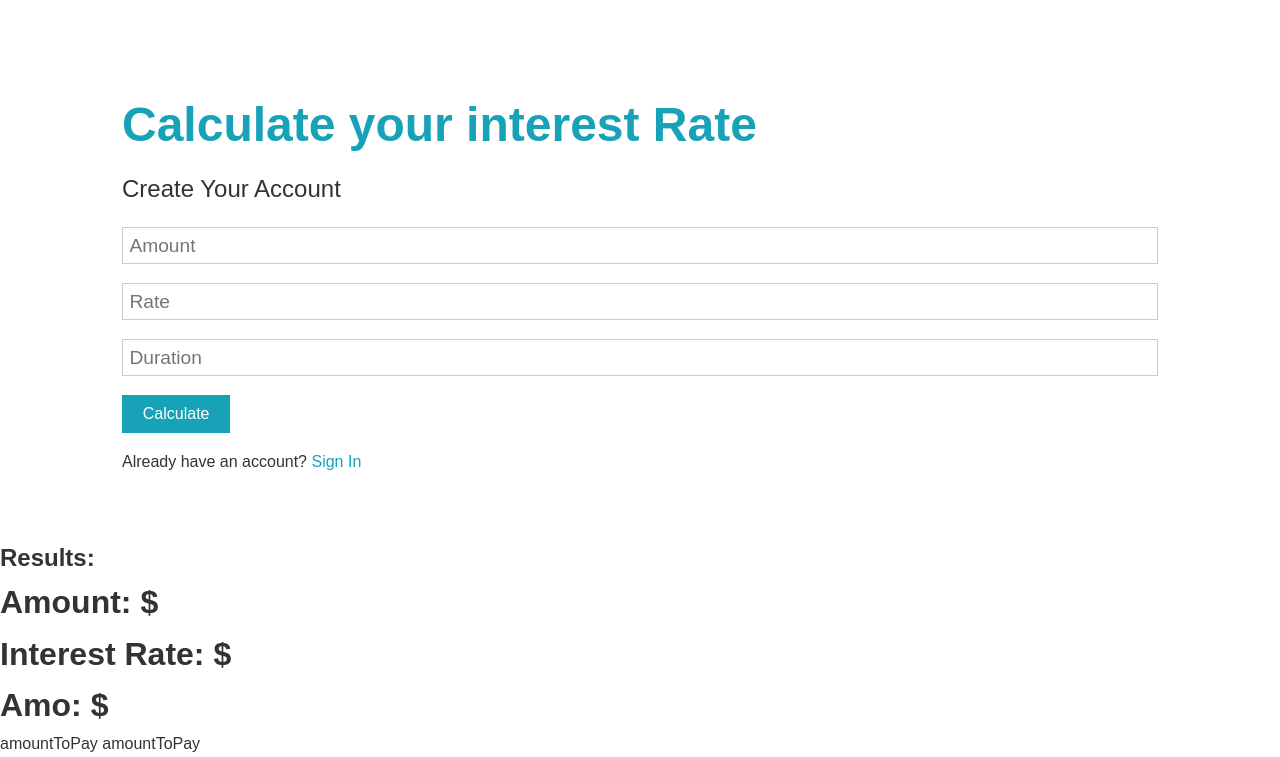
Repository: codding-ideas/loan-calculator
Page: / (app in client/)
An editor plug-in stored every save of this project. The page is shown before and after the next save, followed by the edit.
The browser window is 1280 px wide. The pictures show the whole page.
The project was rebuilt for these pictures with package versions that can differ from the ones it lists, and the page was loaded fresh each time.

Above is the page before, as saved 2019-07-08 21:45:19.

### client/src/index.js
import React from 'react';
import ReactDOM from 'react-dom';
import { Provider } from 'react-redux';
import { createStore, applyMiddleware } from 'redux';
import reduxThunk from 'redux-thunk';
import { composeWithDevTools} from 'redux-devtools-extension';
import rootReducer from './redux/reducers'
import App from './App';


// const store = createStore(users, composeWithDevTools(applyMiddleware(reduxThunk)) )
const store = createStore(rootReducer, composeWithDevTools(applyMiddleware(reduxThunk)))

ReactDOM.render(
<Provider store = {store}>

  <App />

  </Provider>,
document.getElementById('root'));

### client/src/redux/reducers/index.js
import { combineReducers } from 'redux';
import loanReducer from './loanReducer'


export default combineReducers({
  loan: loanReducer
})

### client/src/App.js
import React, { useState} from 'react';
import Results from '../src/componets/Results';
import CalculateInterestForm from '../src/componets/Forms//CalculateInterestForm'
import './App.css';

function App() {


  return (
    <div>

      <CalculateInterestForm/>

      < Results />
    </div>
  )
}

export default App;

### client/src/redux/reducers/loanReducer.js


const initialState = {
//  amount: [],
//  rate: '',
//  convertedRate: '',
//  duration: '',
//  interestRate: '',
//  amountToPay: ''

 amount:'',
 rate: '',
 duration: '',
 interestRate: '',
 amountToPay: ''

}

export default (state = initialState, action) => {
  switch(action.type){
    case 'CREATE_INTEREST':
     return {
      ...state,
       amount: action.payload.amount,
       rate: parseFloat( action.payload.rate/100).toFixed(3),
       duration: action.payload.duration,
       interestRate: parseFloat((action.payload.amount) * (action.payload.rate/100) * (action.payload.duration)).toFixed(3),


       amountToPay: parseFloat(action.payload.amount + ((action.payload.amount) * (action.payload.rate/100) * (action.payload.duration))).toFixed(3)

     }
     default:
      return state
  }
}

### client/src/componets/Results.js
import React from 'react';
import { connect } from 'react-redux';

const Results = (props) => {
    console.log(props.loan.amount)
    return (
        <div>
            <h2>Results:</h2>
            <h1>Amount: $ {props.loan.amount}</h1>
            <h1>Interest Rate: ${props.loan.interestRate}</h1>
            <h1>Amo: ${props.loan.interestRate}</h1>
            amountToPay
            amountToPay
        </div>
    )
}

const mapStateToProps = (state) => {
     return {
         loan: state.loan
     }
}

export default connect(mapStateToProps, null) (Results)

### client/src/componets/Forms/CalculateInterestForm.js
import React, { useState} from 'react';
import { connect } from 'react-redux';
import { createLoan} from '../../redux/actions/loanAction'

const CalculateInterestForm = (props) => {
  const initialState = {
    amount: "",
    rate: "",
    duration: ""

  };

     const [formData, setFormData ] = useState(initialState)

   //Create on change methods
   //This method update the state values
   const onChange = (e) => {
     setFormData({...formData, [e.target.name]: e.target.value})
   }

  //Onsubmit
  const onFormSubmit = e => {
    e.preventDefault();
    props.createLoan(formData);
  };


  return (
    <div className="App">
        <section className="container">
      <h3 className="large text-primary">Calculate your interest Rate</h3>
      <p className="lead"><i className="fas fa-money"></i> Create Your Account</p>
      <form className="form" onSubmit = {onFormSubmit}>
        <div className="form-group">
          <input type="text" placeholder="Amount" name="amount"   onChange = {onChange}/>
        </div>
        <div className="form-group">
          <input type="text" placeholder="Rate" name="rate" onChange = {e => onChange(e)} />

        </div>
        <div className="form-group">
          <input
            type="text"
            placeholder="Duration"
            name="duration"
            onChange = {onChange}
          />
        </div>

        <input type="submit" className="btn btn-primary" value="Calculate" />
      </form>
      <p className="my-1">
        Already have an account? <a href="login.html">Sign In</a>
      </p>
    </section>
    </div>
  );
}

export default connect(null, {createLoan}) (CalculateInterestForm)

### client/src/App.css
/* Global Styles */
:root {
  --primary-color: #17a2b8;
  --dark-color: #343a40;
  --light-color: #f4f4f4;
  --danger-color: #dc3545;
  --success-color: #28a745;
}

* {
  box-sizing: border-box;
  margin: 0;
  padding: 0;
}

body {
  font-family: 'Raleway', sans-serif;
  font-size: 1rem;
  line-height: 1.6;
  background-color: #fff;
  color: #333;
}

a {
  color: var(--primary-color);
  text-decoration: none;
}

ul {
  list-style: none;
}

img {
  width: 100%;
}

/* Utilities */
.container {
  max-width: 1100px;
  margin: auto;
  overflow: hidden;
  padding: 0 2rem;
  margin-top: 6rem;
  margin-bottom: 3rem;
}

/* Text Styles*/
.x-large {
  font-size: 4rem;
  line-height: 1.2;
  margin-bottom: 1rem;
}

.large {
  font-size: 3rem;
  line-height: 1.2;
  margin-bottom: 1rem;
}

.lead {
  font-size: 1.5rem;
  margin-bottom: 1rem;
}

.text-center {
  text-align: center;
}

.text-primary {
  color: var(--primary-color);
}

.text-dark {
  color: var(--dark-color);
}

/* Padding */
.p {
  padding: 0.5rem;
}

.p-1 {
  padding: 1rem;
}

.p-2 {
  padding: 2rem;
}

.p-3 {
  padding: 3rem;
}

.py {
  padding: 0.5rem 0;
}

.py-1 {
  padding: 1rem 0;
}

.py-2 {
  padding: 2rem 0;
}

.py-3 {
  padding: 3rem 0;
}

/* Margin */
.m {
  margin: 0.5rem;
}

.m-1 {
  margin: 1rem;
}

.m-2 {
  margin: 2rem;
}

.m-3 {
  margin: 3rem;
}

.my {
  margin: 0.5rem 0;
}

.my-1 {
  margin: 1rem 0;
}

.my-2 {
  margin: 2rem 0;
}

.my-3 {
  margin: 3rem 0;
}

.btn {
  display: inline-block;
  background: var(--light-color);
  color: #333;
  padding: 0.4rem 1.3rem;
  font-size: 1rem;
  border: none;
  cursor: pointer;
  margin-right: 0.5rem;
  transition: opacity 0.2s ease-in;
  outline: none;
}

.badge {
  font-size: 0.8rem;
  padding: 0.1rem;
  text-align: center;
  margin: 0.3rem;
  background: var(--light-color);
  color: #333;
}

.alert {
  padding: 0.8rem;
  margin: 1rem 0;
  opacity: 0.9;
  background: var(--light-color);
  color: #333;
}

.btn-primary,
.bg-primary,
.badge-primary,
.alert-primary {
  background: var(--primary-color);
  color: #fff;
}

.btn-light,
.bg-light,
.badge-light,
.alert-light {
  background: var(--light-color);
  color: #333;
}

.btn-dark,
.bg-dark,
.badge-dark,
.alert-dark {
  background: var(--dark-color);
  color: #fff;
}

.btn-danger,
.bg-danger,
.badge-danger,
.alert-danger {
  background: var(--danger-color);
  color: #fff;
}

.btn-success,
.bg-success,
.badge-success,
.alert-success {
  background: var(--success-color);
  color: #fff;
}

.btn-white,
.bg-white,
.badge-white,
.alert-white {
  background: #fff;
  color: #333;
  border: #ccc solid 1px;
}

.btn:hover {
  opacity: 0.8;
}

.bg-light,
.badge-light {
  border: #ccc solid 1px;
}

.round-img {
  border-radius: 50%;
}

.line {
  height: 1px;
  background: #ccc;
  margin: 1.5rem 0;
}

/* Overlay */
.dark-overlay {
  background-color: rgba(0, 0, 0, 0.7);
  position: absolute;
  top: 0;
  left: 0;
  width: 100%;
  height: 100%;
}

/* Forms */
.form .form-group {
  margin: 1.2rem 0;
}

.form .form-text {
  display: block;
  margin-top: 0.3rem;
  color: #888;
}

.form input[type='text'],
.form input[type='email'],
.form input[type='password'],
.form input[type='date'],
.form select,
.form textarea {
  display: block;
  width: 100%;
  padding: 0.4rem;
  font-size: 1.2rem;
  border: 1px solid #ccc;
}

.form input[type='submit'],
button {
  font: inherit;
}

.form .social-input {
  display: flex;
}

.form .social-input i {
  padding: 0.5rem;
  width: 4rem;
}

.form .social-input i.fa-twitter {
  color: #38a1f3;
}

.form .social-input i.fa-facebook {
  color: #3b5998;
}

.form .social-input i.fa-instagram {
  color: #3f729b;
}

.form .social-input i.fa-youtube {
  color: #c4302b;
}

.form .social-input i.fa-linkedin {
  color: #0077b5;
}

.table th,
.table td {
  padding: 1rem;
  text-align: left;
}

.table th {
  background: var(--light-color);
}

/* Navbar */
.navbar {
  display: flex;
  justify-content: space-between;
  align-items: center;
  padding: 0.7rem 2rem;
  position: fixed;
  z-index: 1;
  width: 100%;
  top: 0;
  background: #014e14;
  border-bottom: solid 1px var(--primary-color);
  opacity: 0.9;
}

.navbar ul {
  display: flex;
}

.navbar a {
  color: #fff;
  padding: 0.45rem;
  margin: 0 0.25rem;
}

.navbar a:hover {
  color: var(--primary-color);
}

.navbar .welcome span {
  margin-right: 0.6rem;
}

/* Landing Page */
.landing {
  position: relative;
  background: url('./img/showcase.jpg') no-repeat center center/cover;
  height: 100vh;
}

.landing-inner {
  color: #fff;
  height: 100%;
  width: 80%;
  margin: auto;
  display: flex;
  flex-direction: column;
  align-items: center;
  justify-content: center;
  text-align: center;
}

/* Profiles Page */
.profile {
  display: grid;
  grid-template-columns: 2fr 4fr 2fr;
  align-items: center;
  grid-gap: 2rem;
  padding: 1rem;
  line-height: 1.8;
  margin-bottom: 1rem;
}

/* Profile Page */
.profile-grid {
  display: grid;
  grid-template-areas:
    'top top'
    'about about'
    'exp edu'
    'github github';
  grid-gap: 1rem;
}

.profile-top {
  grid-area: top;
  display: flex;
  flex-direction: column;
  align-items: center;
  justify-content: center;
  text-align: center;
}

.profile-top img {
  width: 250px;
}

.profile-top .icons a {
  color: #fff;
  margin: 0 0.3rem;
}

.profile-top .icons a:hover {
  color: var(--dark-color);
}

.profile-about {
  grid-area: about;
  text-align: center;
}

.profile-about .skills {
  display: flex;
  align-items: center;
  justify-content: center;
  text-align: center;
}

.profile-exp {
  grid-area: exp;
}

.profile-edu {
  grid-area: edu;
}

.profile-exp h2,
.profile-edu h2 {
  margin-bottom: 1rem;
}

.profile-exp>div,
.profile-edu>div {
  margin-bottom: 1rem;
  padding-bottom: 1rem;
  border-bottom: #ccc 1px dotted;
}

.profile-exp>div:last-child,
.profile-edu>div:last-child {
  border: 0;
}

.profile-exp p,
.profile-edu p {
  margin: 0.5rem 0;
}

.profile-github {
  grid-area: github;
}

.profile-github .repo {
  display: flex;
}

.profile-github .repo>div:first-child {
  flex: 7;
  flex-basis: 70%;
}

.profile-github>div:last-child {
  flex: 3;
  flex-basis: 20%;
}

/* Posts Page */
.post-form .post-form-header {
  background: var(--primary-color);
  padding: 0.5rem;
}

.post {
  display: grid;
  grid-template-columns: 1fr 4fr;
  grid-gap: 2rem;
  align-items: center;
}

.post>div:first-child {
  text-align: center;
}

.post img {
  width: 100px;
}

.post .comment-count {
  background: var(--light-color);
  color: var(--primary-color);
  padding: 0.1rem 0.2rem;
  border-radius: 5px;
  font-size: 0.8rem;
}

.post .post-date {
  color: #aaa;
  font-size: 0.8rem;
  margin-bottom: 0.5rem;
}

/* Mobile Styles */
@media (max-width: 700px) {
  .container {
    margin-top: 8rem;
  }

  .hide-sm {
    display: none;
  }

  /* Text Styles */
  .x-large {
    font-size: 3rem;
  }

  .large {
    font-size: 2rem;
  }

  .lead {
    font-size: 1rem;
  }

  /* Navbar */
  .navbar {
    display: block;
    text-align: center;
  }

  .navbar ul {
    text-align: center;
    justify-content: center;
  }

  .navbar h1 {
    margin-bottom: 1rem;
  }

  .navbar .welcome {
    display: none;
  }

  /* Profiles Page */
  .profile {
    grid-template-columns: 1fr;
    text-align: center;
  }

  .profile ul {
    display: none;
  }

  /* Profile Page */

  .profile-top img,
  .profile img {
    width: 200px;
    margin: auto;
  }

  .profile-grid {
    grid-template-areas:
      'top'
      'about'
      'exp'
      'edu'
      'github';
  }

  .profile-about .skills {
    flex-direction: column;
  }

  .dash-buttons a {
    display: block;
    width: 100%;
    margin-bottom: 0.2rem;
  }

  .post {
    grid-template-columns: 1fr;
  }

  .post a,
  .post button {
    padding: 0.3rem 0.4rem;
  }
}

### client/src/redux/actions/loanAction.js
import axios from 'axios';

export const createLoan = (values) => {
   return function(dispatch){
     axios.post('/api/loan', values)
     .then((loan) => {
      dispatch({
       type: 'CREATE_INTEREST',
       payload: loan.data
      })
     })
   }

}

After the next save:
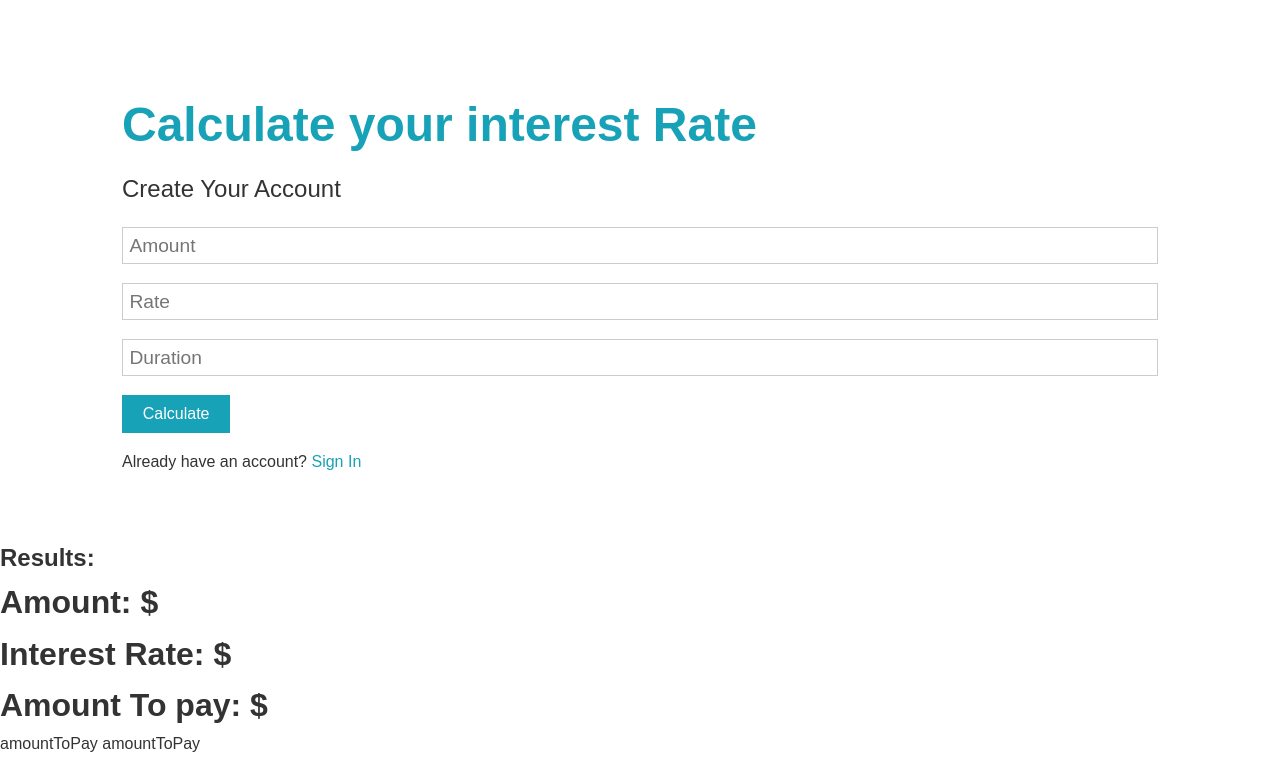
Saved 4 s later.
--- a/client/src/componets/Results.js
+++ b/client/src/componets/Results.js
@@ -8,7 +8,7 @@ const Results = (props) => {
             <h2>Results:</h2>
             <h1>Amount: $ {props.loan.amount}</h1>
             <h1>Interest Rate: ${props.loan.interestRate}</h1>
-            <h1>Amo: ${props.loan.interestRate}</h1>
+            <h1>Amount To pay: ${props.loan.interestRate}</h1>
             amountToPay
             amountToPay
         </div>
